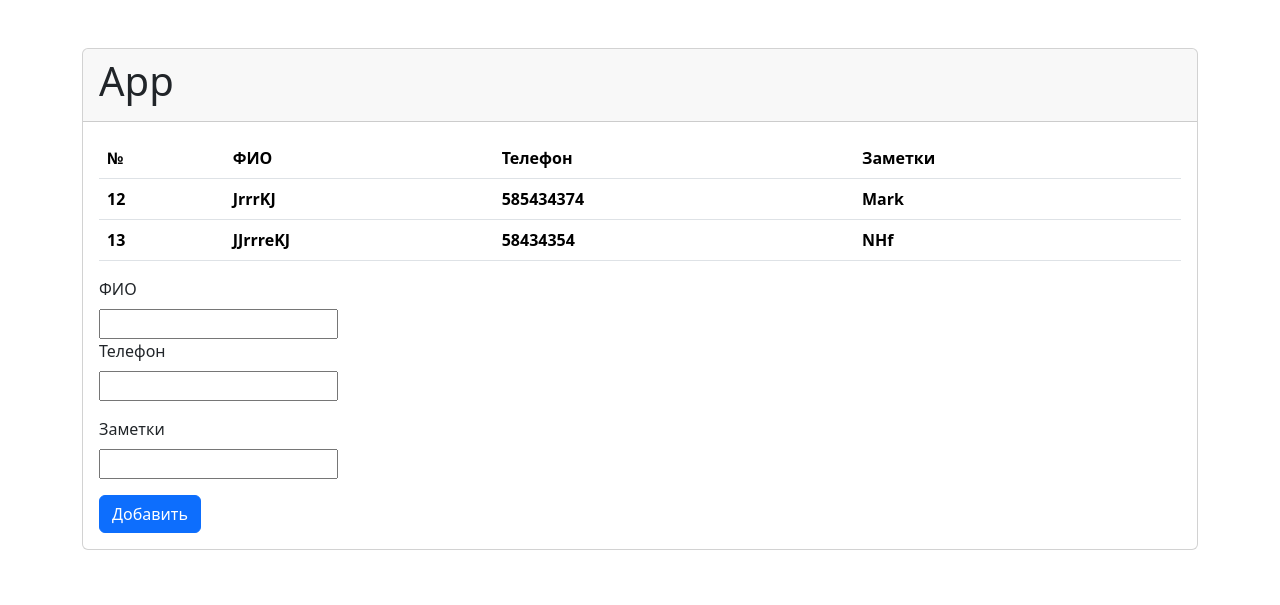
Repository: tatacheba/appstepikjavareact
Page: / (app in client/)
These files come from the project's save history. The page is drawn as it stood at one moment and after the next save; the edit follows.
The browser window is 1280 px wide. The pictures show the whole page.
The project was rebuilt for these pictures with package versions that can differ from the ones it lists, and the page was loaded fresh each time. Also part of the build but not shown: client/src/App.css.

Above is the page before, as saved 2024-11-27 14:42:48.

### client/public/index.html
<!DOCTYPE html>
<html lang="en">
    <head>
        <meta charset="utf-8" />
        <link rel="icon" href="%PUBLIC_URL%/favicon.ico" />
        <meta name="viewport" content="width=device-width, initial-scale=1" />
        <meta name="theme-color" content="#000000" />
        <meta
            name="description"
            content="Web site created using create-react-app"
        />
        <link rel="apple-touch-icon" href="%PUBLIC_URL%/logo192.png" />
        <link
            href="https://cdn.jsdelivr.net/npm/bootstrap@5.3.3/dist/css/bootstrap.min.css"
            rel="stylesheet"
            integrity="sha384-QWTKZyjpPEjISv5WaRU9OFeRpok6YctnYmDr5pNlyT2bRjXh0JMhjY6hW+ALEwIH"
            crossorigin="anonymous"
        />
        <!--
      manifest.json provides metadata used when your web app is installed on a
      user's mobile device or desktop. See https://developers.google.com/web/fundamentals/web-app-manifest/
    -->
        <link rel="manifest" href="%PUBLIC_URL%/manifest.json" />

        <title>App of Stepik</title>
    </head>
    <body>
        <div id="root"></div>
        <script
            src="https://cdn.jsdelivr.net/npm/bootstrap@5.3.3/dist/js/bootstrap.bundle.min.js"
            integrity="sha384-YvpcrYf0tY3lHB60NNkmXc5s9fDVZLESaAA55NDzOxhy9GkcIdslK1eN7N6jIeHz"
            crossorigin="anonymous"
        ></script>
    </body>
</html>

### client/src/index.js
import React from "react";
import ReactDOM from "react-dom/client";
import "./index.css";
import App from "./App";
import "bootstrap/dist/css/bootstrap.min.css";
import "bootstrap/dist/js/bootstrap.bundle.min.js";

const root = ReactDOM.createRoot(document.getElementById("root"));
root.render(
    <React.StrictMode>
        <App />
    </React.StrictMode>
);

### client/src/App.js
import "./App.css";
import TablewView from "./layouts/tableView/TablewView";
import { useState } from "react";
import FormNewItem from "./layouts/formNewItem/FormNewItem";

function App() {
    const [items, setItem] = useState([
        { id: 12, fullName: "JrrrKJ", phone: 585434374, notes: "Mark" },
        { id: 13, fullName: "JJrrreKJ", phone: 58434354, notes: "NHf" },
    ]);

    function appendContact() {
        const contact = {
            id: 15,
            fullName: "ннннн",
            phone: 585444,
            notes: "FFFF",
        };
        items[0].fullName = "Bpvtyt";
        setItem([...items, contact]);
        console.log(items);
    }

    return (
        <div className="container mt-5">
            <div className=" card">
                <div className="card-header">
                    <h1>App</h1>
                </div>
                <div className="card-body">
                    <TablewView data={items} />
                    <div>
                        <FormNewItem appendContact={appendContact} />
                    </div>
                </div>
            </div>
        </div>
    );
}

export default App;

### client/src/layouts/tableView/TablewView.js
import React from "react";
import TableRowItem from "./components/TableRowItem";

const TablewView = (props) => {
    return (
        <table className="table table-hover">
            <thead>
                <tr>
                    <th scope="col">№</th>
                    <th scope="col">ФИО</th>
                    <th scope="col">Телефон</th>
                    <th scope="col">Заметки</th>
                </tr>
            </thead>
            <tbody>
                {props.data.map((item) => (
                    <TableRowItem contact={item} />
                ))}
            </tbody>
        </table>
    );
};
export default TablewView;

### client/src/layouts/formNewItem/FormNewItem.js
import React from "react";

function FormNewItem(props) {
    return (
        <div>
            <form>
                <label className="form-label">ФИО</label>
                <div className="mb-12 ">
                    <input type="text" />
                </div>
                <label className="form-label">Телефон</label>
                <div className="mb-3">
                    <input type="textarea" />
                </div>
                <label className="form-label">Заметки</label>
                <div className="mb-3">
                    <input type="text" />
                </div>
                <button
                    className="btn btn-primary"
                    onClick={props.appendContact}
                    type="button"
                >
                    Добавить
                </button>
            </form>
        </div>
    );
}

export default FormNewItem;

### client/src/layouts/tableView/components/TableRowItem.js
import React from "react";

const TableRowItem = (props) => {
    return (
        <tr>
            <th scope="row">{props.contact.id}</th>
            <th>{props.contact.fullName}</th>
            <th>{props.contact.phone}</th>
            <th>{props.contact.notes}</th>
        </tr>
    );
};

export default TableRowItem;

Loaded but not shown: client/src/index.css (common file)

After the next save:
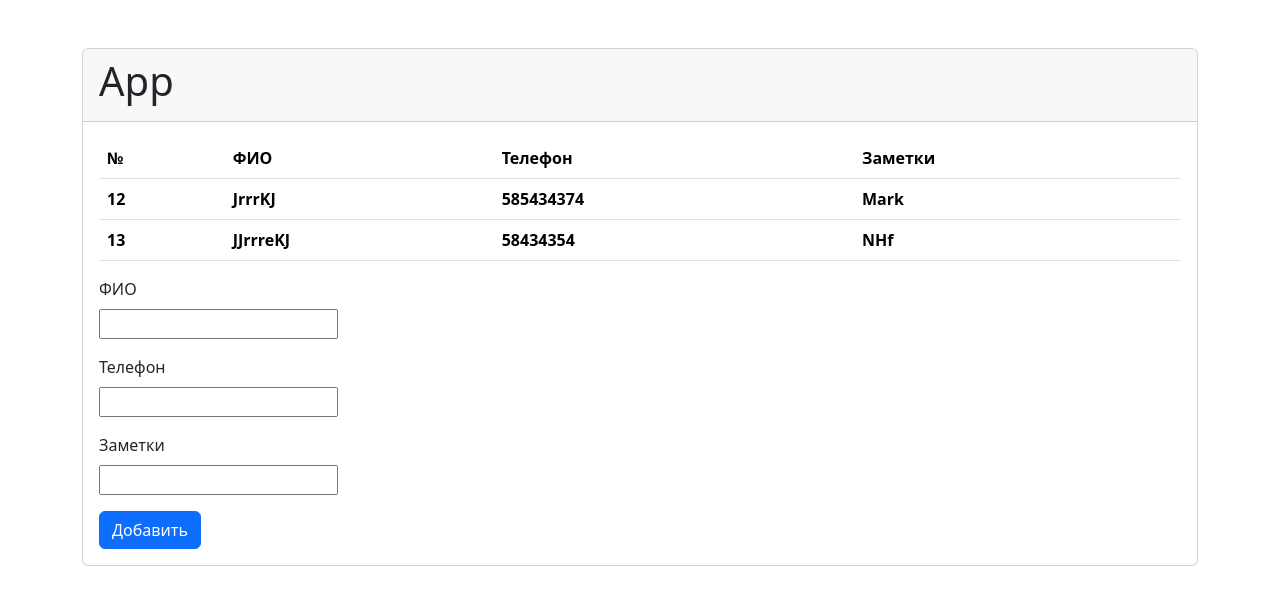
Saved 6 s later.
--- a/client/src/layouts/formNewItem/FormNewItem.js
+++ b/client/src/layouts/formNewItem/FormNewItem.js
@@ -5,7 +5,7 @@ function FormNewItem(props) {
         <div>
             <form>
                 <label className="form-label">ФИО</label>
-                <div className="mb-12 ">
+                <div className="mb-3 ">
                     <input type="text" />
                 </div>
                 <label className="form-label">Телефон</label>
